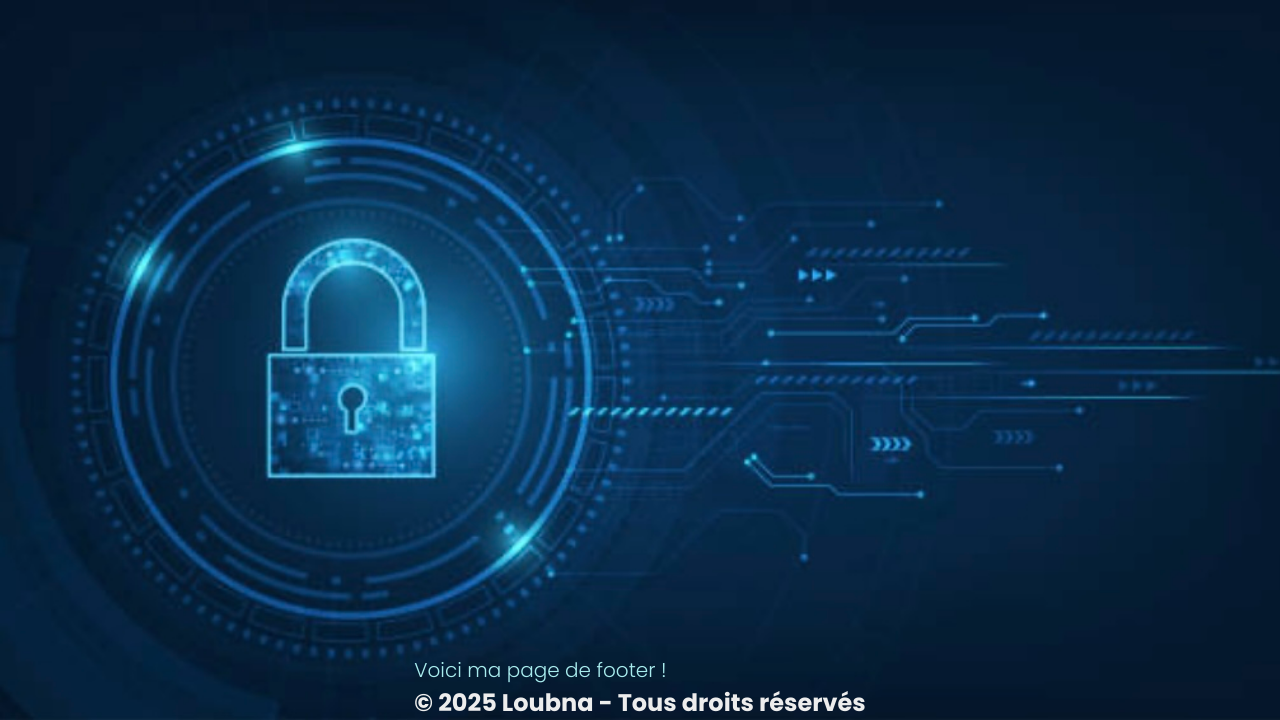
Repository: Loubna77290/Portfolio-de-Loubna
Page: footer.html
These files come from the project's save history. The page is drawn as it stood at one moment and after the next save; the edit follows.
The browser window is 1280 px wide. The pictures show the whole page.

Above is the page before, as saved 2025-03-10 00:11:37.

### footer.html
<!DOCTYPE html>
<html lang="en">
<head>
    <meta charset="UTF-8">
    <meta name="viewport" content="width=device-width, initial-scale=1.0">
    <title>Document</title>
    <link rel="stylesheet" href="style.css">


    <footer>
    <section class="footer-background">
        <div class="contenu-footer">
        <p>Voici ma page de footer !</p>
        <p> <h2>&copy; 2025 Loubna - Tous droits réservés </p></h2>
    </div>
    </section>
      </footer>

</html>

### style.css
@import url('https://fonts.googleapis.com/css2?family=Poppins:wght@300;400;500;600;700;800;900&display=swap');

* {
    margin: 0;
    padding: 0;
    box-sizing: border-box;
    font-family: 'Poppins', sans-serif;

}

body {
    background: #081b29;
    color: #ededed;

}

.header {
    position:fixed;
    top: 0;
    left:0;
    width: 100%;
    padding: 20px 10px;
    background: transparent;
    display: flex;
    justify-content: space-between;
    align-items: center;
    z-index: 100;
}


.logo {
    position: relative;
    margin-left: 30px;
    font-size: 25px;
    color: #ededed;
    text-decoration: none;
    font-weight: 600;

}

.logo::before {
    content: '';
    position: absolute;
    top: 0;
    right: 0;
    width: 100%;
    height: 100%;
    background: #081b29b6;
    animation: showRight 1s ease forwards;
    animation-delay: .4s;;
}

.navbar a {
    font-size: 18px;
    color: #ededed;
    text-decoration: none;
    font-weight: 500;
    margin-right: 60px;
    justify-content: flex-end;
    transition: .3s;

}

.navbar a:hover,
.navbar a.active {
    color: #00abf0;

}

.accueil {
    height: 100vh;
    background: url(./IMG_7408.jpg) no-repeat center center;
    background-size: cover;
    display: flex;
    align-items: center;
    padding: 0 10%;
}

.accueil-contenu {
    background: transparent;
    max-width: 600px;


    }

.accueil-contenu h2 {
    font-size: 45px;
    font-weight: 700;
    line-height: 1.2;
    white-space: nowrap;
}

.accueil-contenu h2::before {
    content: '';
    position: absolute;
    top: 0;
    right: 0;
    width: 100%;
    height: 100%;
    background: #081b29;
    animation: showRight 1s ease forwards;
    animation-delay: 1s;
}

.accueil-contenu h3 {
    font-size: 30px;
    font-weight: 600;
    color: #0ff;

}

.accueil-contenu p {
    font-size: 16px;
    margin: 20px  0 40px;
    line-height: 1.2;
}

.accueil-contenu .btn-box {
    position: relative;
    display: flex;
    justify-content: space-between;
    width: 380px;
    height: 60px;

}

.accueil-contenu .btn-box::before {
    content: '';
    position: absolute;
    top: 0;
    right: 0;
    width: 100%;
    height: 100%;
    background: #081b294d;
    animation: showRight 1s ease forwards;
    animation-delay: 1.9s;
    z-index: 2;
}

.btn-box a {
    position: relative;
    display: inline-flex;
    justify-content: center;
    align-items: center;
    width: 150px;
    height: 110%;
    background: #00abf0;
    border: 2px solid #00abf0;
    border-radius: 8px;
    font-size: 19px;
    color: #081b29;
    text-align: center;
    text-decoration: none;
    font-weight: 600;
    letter-spacing: 1px;
    z-index: 1;
    overflow: hidden;
    transition: .5s;
}

.btn-box a:hover {
    color: #00abf0;

}

.btn-box a:nth-child(2) {
    background: transparent;
    color:#00abf0
}

.btn-box a:nth-child(2):hover {
    color:#081b29;
}


.btn-box a:nth-child(2)::before {
    background: #00abf0;
    }

.btn-box a::before {
    content: '';
    position: absolute;
    top: 0;
    left: 0;
    width: 0;
    height: 100%;
    background: #081b29;
    z-index: -1;
    transition: .5s;
}

.btn-box a:hover::before {
    width: 100%;
    }

.home-sci {
    position: absolute;
    bottom: 1px;
    width: 150px;
    display: flex;
    justify-content: space-between;
}

.home-sci::before {
    content: '';
    position: absolute;
    top: 0;
    right: 0;
    width: 100%;
    height: 100%;
    background: #081b29;
    animation: showRight 1s ease forwards;
    animation-delay: 2.5s;
    z-index: 2;
}

.home-sci a {
    position: relative;
    display: inline-flex;
    justify-content: center;
    align-items: center;
    width: 40px;
    height: 40px;
    background: transparent;
    border: 2px solid #00abf0;
    border-radius: 50%;
    font-size: 20px;
    text-decoration: none;
    z-index: 1;
    overflow: hidden;
    transition: .5s;
    color: #00abf0;
}

.home-sci a:hover {
    color: #081b29;

}
.home-sci a::before {
    content: '';
    position: absolute;
    top: 0;
    left: 0;
    width: 0;
    height: 100%;
    background:#00abf0;
    transition: .5s;
    z-index: -1;
}

.home-sci a:hover::before {
    width: 100%;
}

/* KEYFRAMES ANIMATION */
@keyframes showRight {
    100% {
        width: 0;
    }
}

.contact-background  {
    background: url('/IMG_7400.jpg');
    height: 100vh;
    background-size: cover;
    display: flex;
}


.footer-background  {
    position: relative;
    background: url('/IMG_7400.jpg');
    height: 100vh;
    background-size: cover;
    display: flex;
    align-items: flex-end;
    justify-content: center;
}

.contenu-footer {
    color: #ededed;
    position: absolute;

}
.contenu-footer p {
    color: rgb(169, 236, 238);
    font-weight: 200;
    font-size: 20px;
}

After the next save:
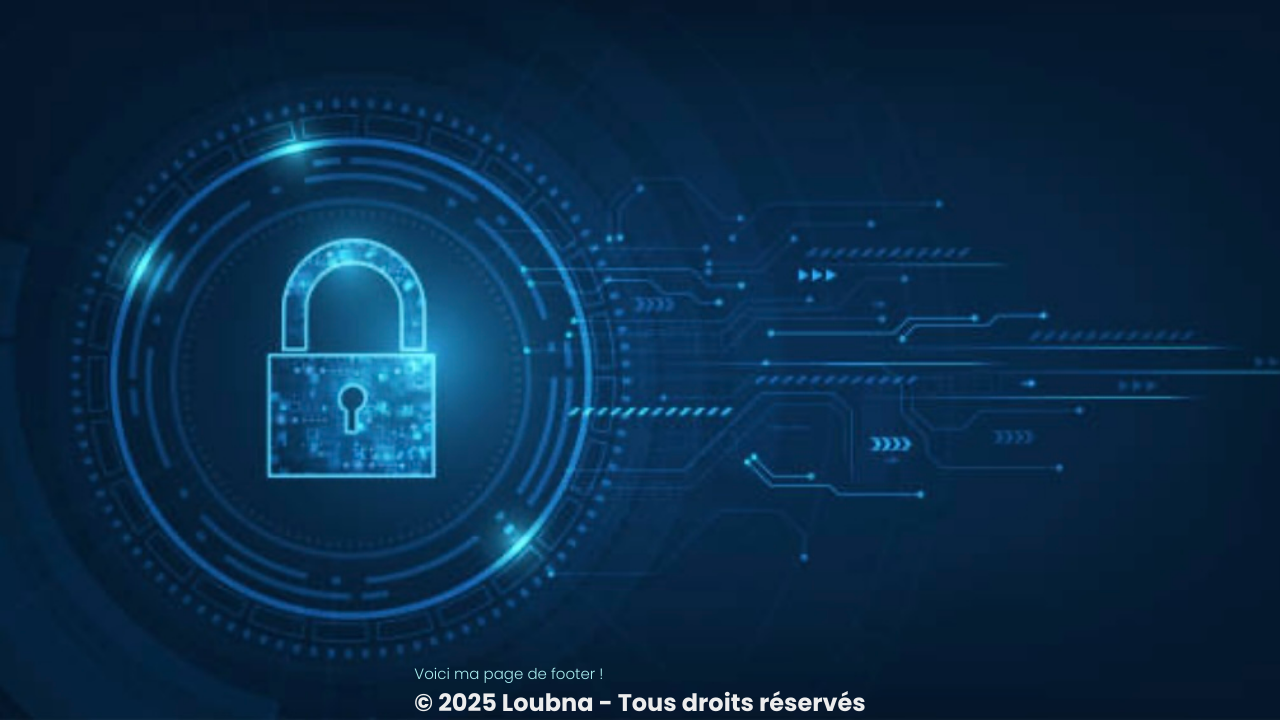
Saved 11 s later.
--- a/style.css
+++ b/style.css
@@ -285,5 +285,5 @@ body {
 .contenu-footer p {
     color: rgb(169, 236, 238);
     font-weight: 200;
-    font-size: 20px;
-}
+    font-size: 15px;
+}
